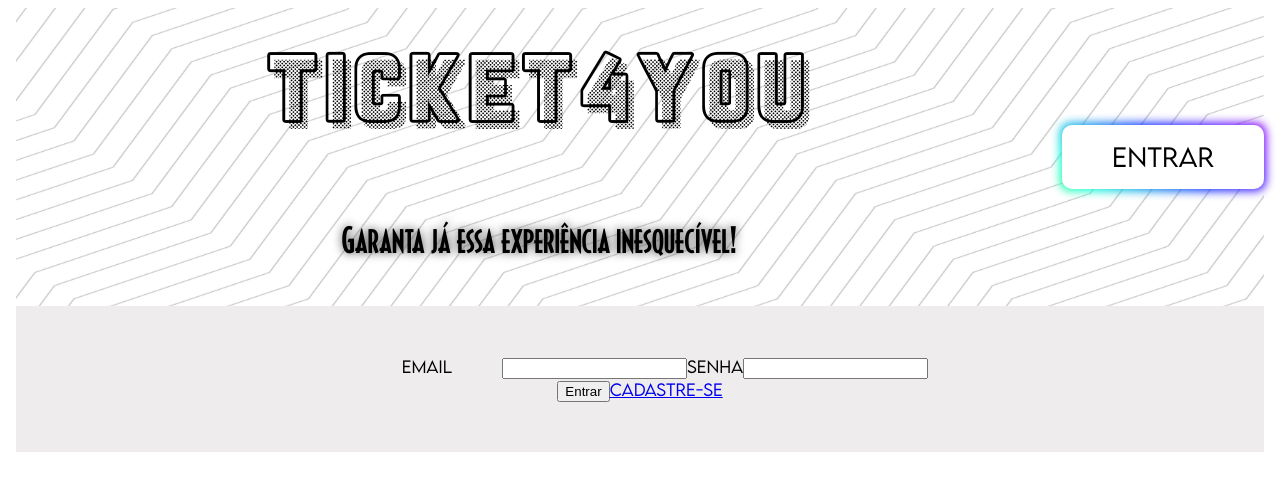
Repository: hellengurgaczz/projeto-DSA
Page: /login
These files come from the project's save history. The page is drawn as it stood at one moment and after the next save; the edit follows.
The browser window is 1280 px wide. The pictures show the whole page.
The project was rebuilt for these pictures with package versions that can differ from the ones it lists, and the page was loaded fresh each time. Some packages were replaced by stand-ins written for this rebuild. Also part of the build but not shown: angular.json, src/app/ingressos/templates/cadastrar/cadastrar.component.ts, src/app/models/ingresso.model.ts, src/app/services/ingresso.service.ts, src/app/compra/comprar-ingresso/comprar-ingresso.component.ts, src/app/models/compra.model.ts, src/app/services/compra.service.ts, src/app/ingressos/templates/deletar/deletar.component.ts and 3 more.

Above is the page before, as saved 2022-05-10 12:29:57.

After the next save:
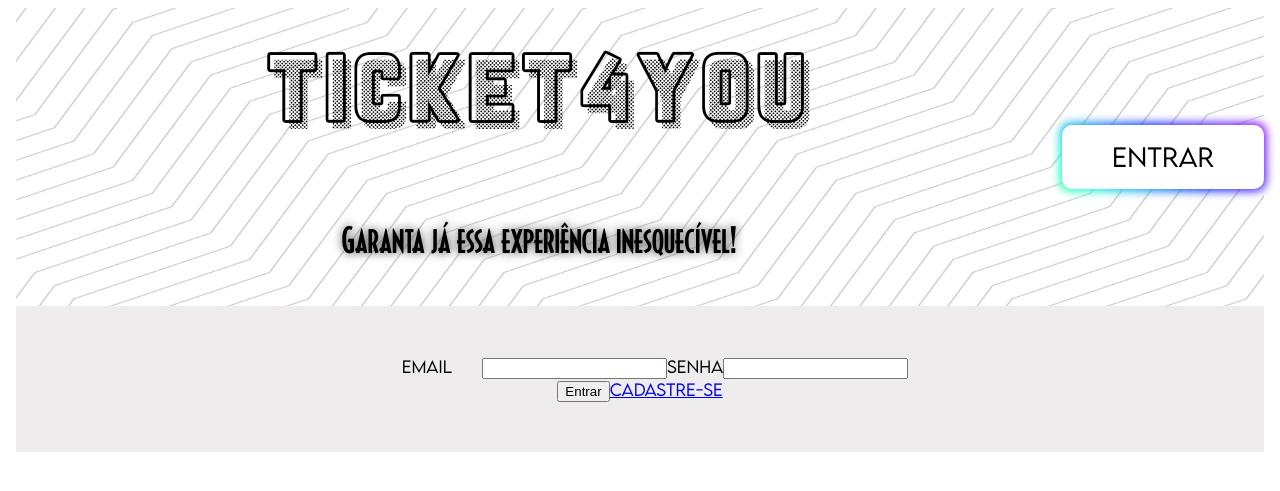
Saved 7 s later.
--- a/src/app/login/login.component.css
+++ b/src/app/login/login.component.css
@@ -5,7 +5,7 @@
 }
 
 .email{
-  margin: 50px;
+  margin: 30px;
 }
 
 @font-face{
